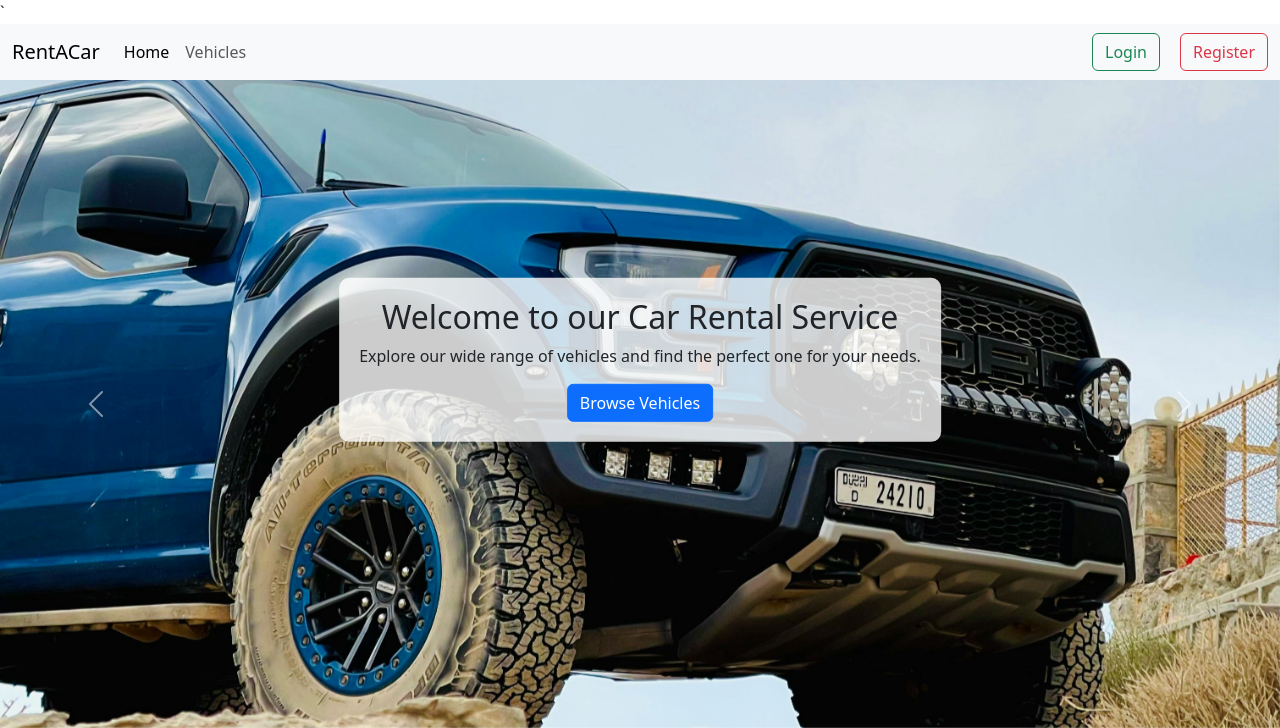
Repository: VimashaVishvani/VehicleRental
Page: http://localhost/Vehicle_rentalDb/
The author's editor kept a copy of each file at every save. The page is drawn from the files as they stood at one save, then again after the next save.
The browser window is 1280 px wide. The pictures show the whole page.
The page is served by Tomcat 9.

Above is the page before, as saved 2024-05-04 19:21:29.

After the next save:
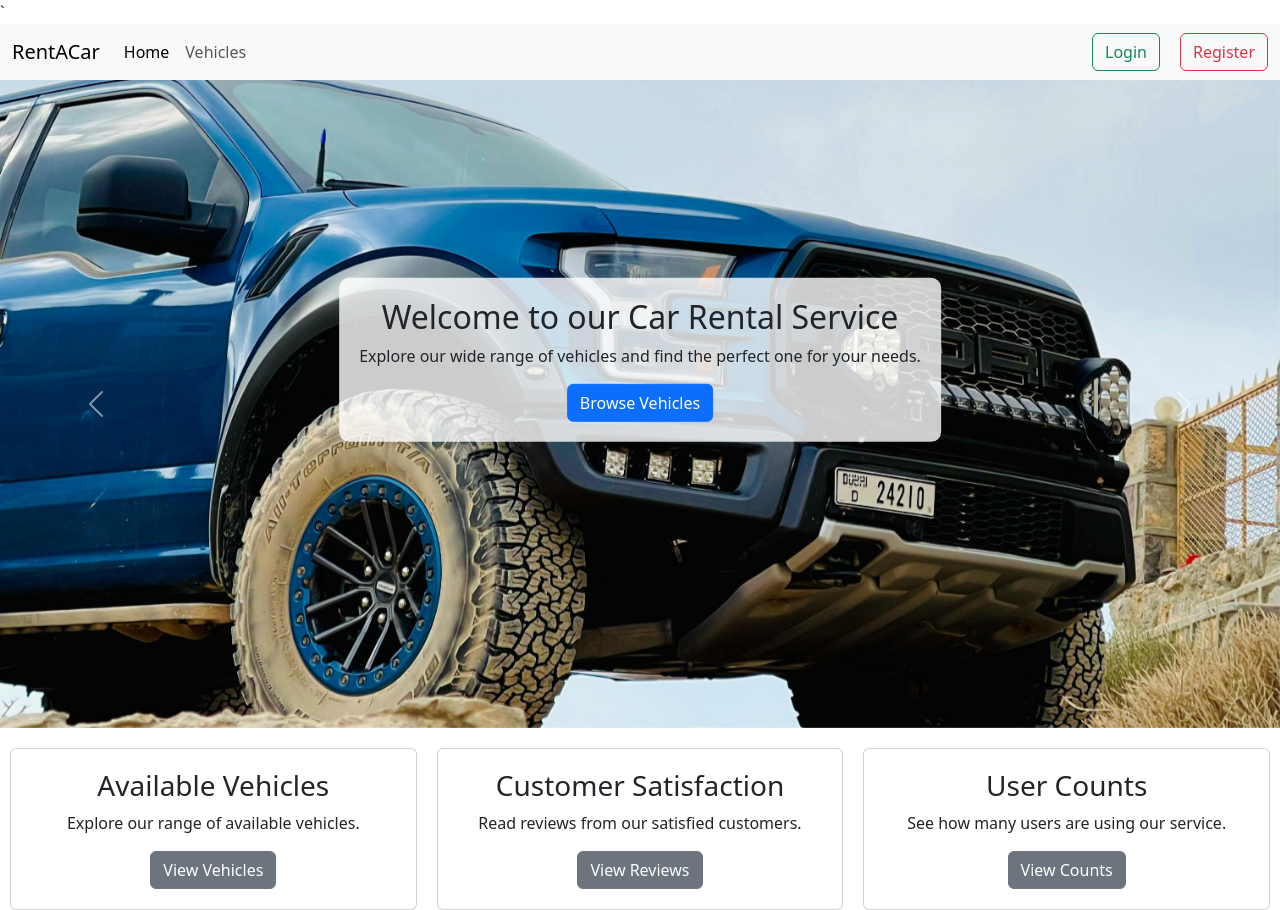
Saved 2 min 36 s later.
--- a/Vehicle_rentalDb/src/main/webapp/index.jsp
+++ b/Vehicle_rentalDb/src/main/webapp/index.jsp
@@ -29,6 +29,23 @@
     z-index:1;
 }
 
+/* Additional styling for the new sections */
+.section {
+    display: flex;
+    justify-content: space-around;
+    margin-top: 20px;
+}
+
+.section .card {
+    flex: 1;
+    margin: 0 10px;
+}
+
+.section .card-body {
+    text-align: center;
+    padding: 20px;
+}
+
 </style>
 </head>
 <body  style="padding-top:0;">
@@ -52,7 +69,7 @@
 
       <button class="btn btn-outline-success"  style="margin-right:20px;">Login</button>
 
-        <button class="btn btn-outline-danger"  >Register</button>
+      <button class="btn btn-outline-danger"  >Register</button>
     </div>
   </div>
 </nav>
@@ -86,5 +103,30 @@
     <a href="#" class="btn btn-primary">Browse Vehicles</a>
 </div>
 
+<!-- New Sections -->
+<div class="section">
+    <div class="card">
+        <div class="card-body">
+            <h3>Available Vehicles</h3>
+            <p>Explore our range of available vehicles.</p>
+            <a href="#" class="btn btn-secondary">View Vehicles</a>
+        </div>
+    </div>
+    <div class="card">
+        <div class="card-body">
+            <h3>Customer Satisfaction</h3>
+            <p>Read reviews from our satisfied customers.</p>
+            <a href="#" class="btn btn-secondary">View Reviews</a>
+        </div>
+    </div>
+    <div class="card">
+        <div class="card-body">
+            <h3>User Counts</h3>
+            <p>See how many users are using our service.</p>
+            <a href="#" class="btn btn-secondary">View Counts</a>
+        </div>
+    </div>
+</div>
+
 </body>
 </html>
